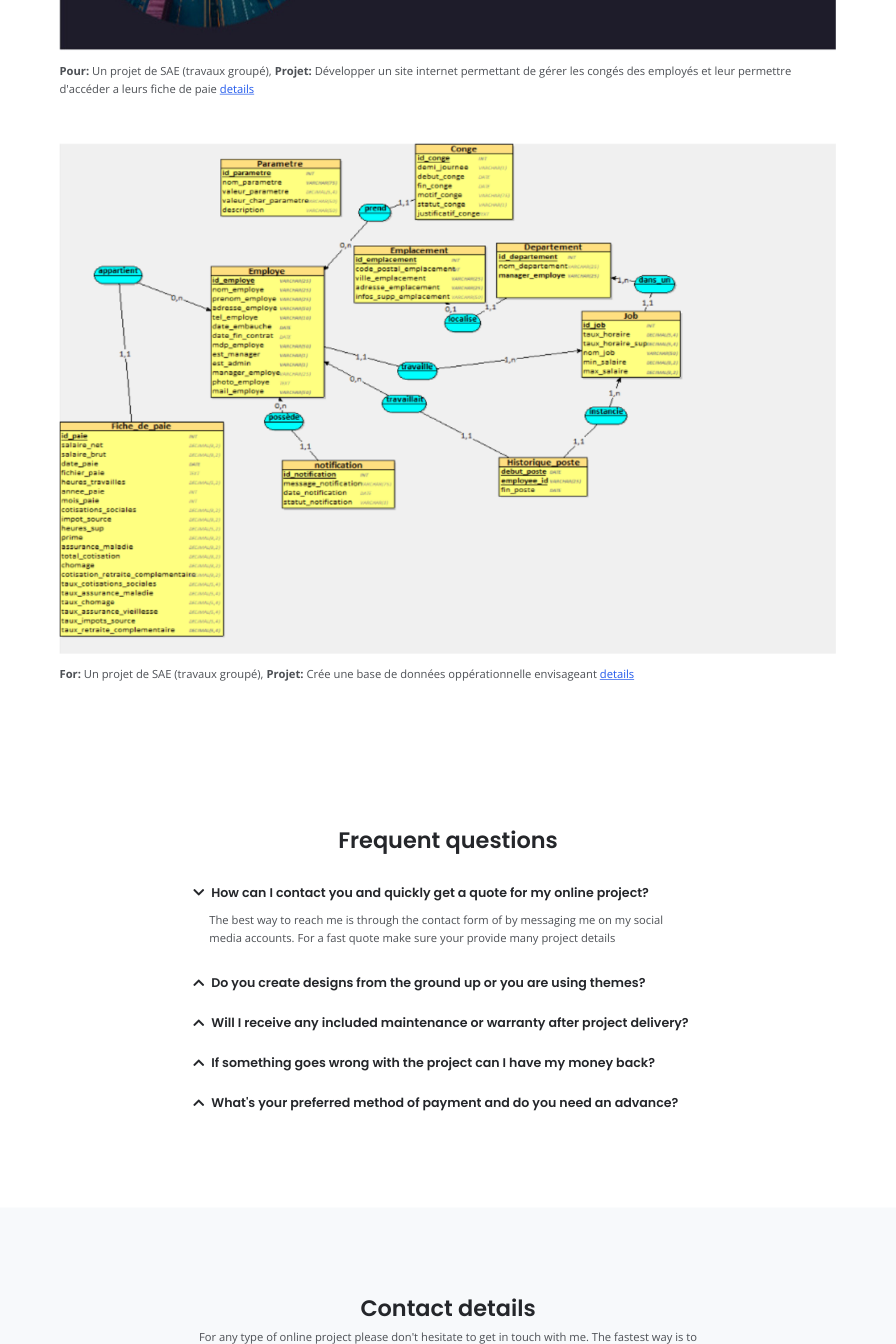
Repository: J2S80000/Portfolio
Page: index.html
The author's editor kept a copy of each file at every save. The page is drawn from the files as they stood at one save, then again after a run of saves.
The browser window is 1280 px wide. The pictures show the part of the page from y = 4580 to 6500 px (the page is 7477 px tall before and 7503 px after), at 70% of full size.

Above is the page before, as saved 2025-05-05 17:39:31.

After the next 3 saves:
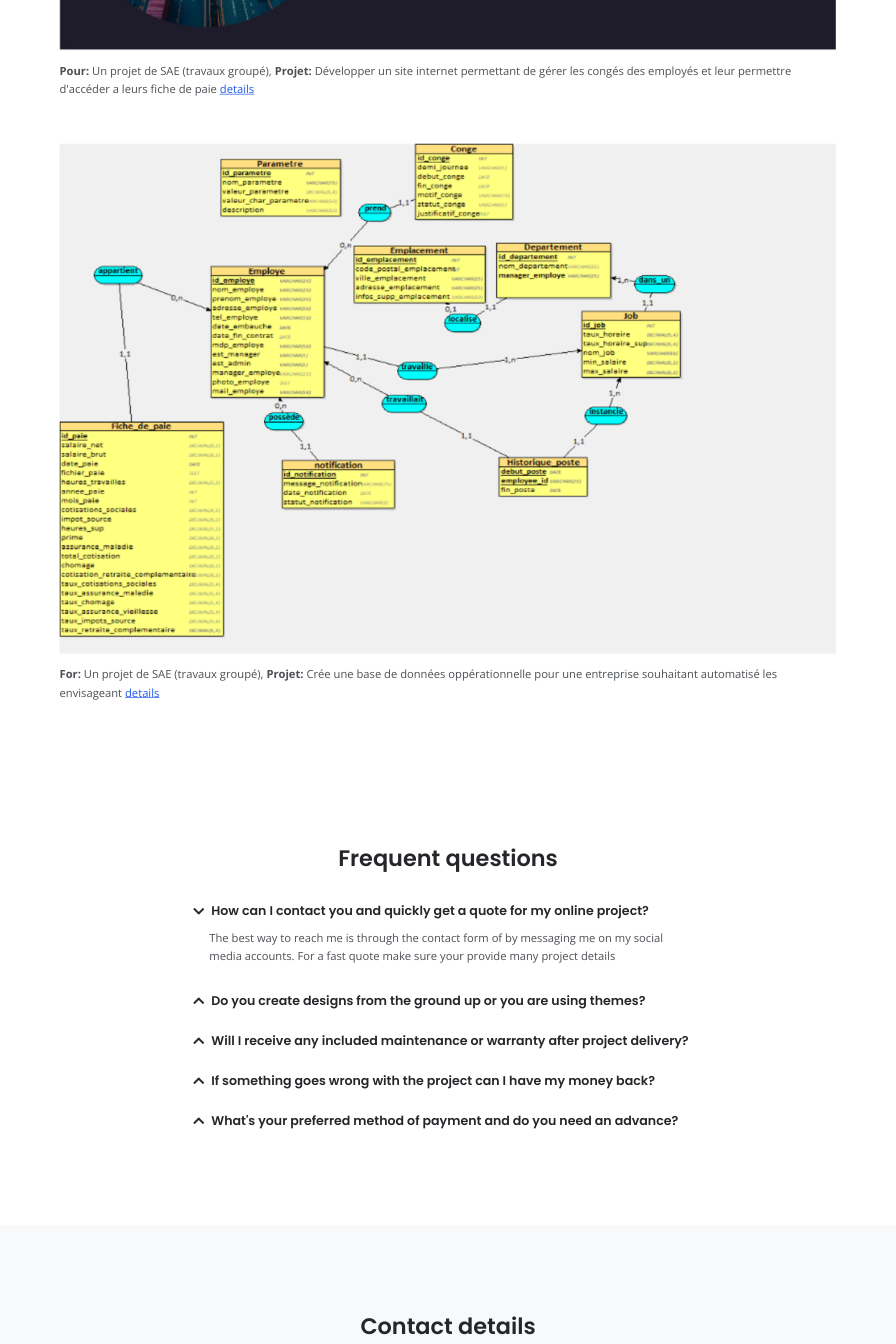
The 3 saves are shown as one change because they came seconds apart.
The last was saved 19 s later.
--- a/index.html
+++ b/index.html
@@ -252,7 +252,7 @@
                                 <img class="img-fluid" src="images/project-3.1.png" alt="alternative">
                             </a>
                         </div> <!-- end of image-container -->
-                        <p><strong>For:</strong> Un projet de SAE (travaux groupé), <strong>Projet:</strong> Crée une base de données oppérationnelle  envisageant <a class="blue" href="project.html">details</a></p>
+                        <p><strong>For:</strong> Un projet de SAE (travaux groupé), <strong>Projet:</strong> Crée une base de données oppérationnelle pour une entreprise souhaitant automatisé les  envisageant <a class="blue" href="project.html">details</a></p>
                     </div> <!-- end of text-container -->
 
                 </div> <!-- end of col -->
